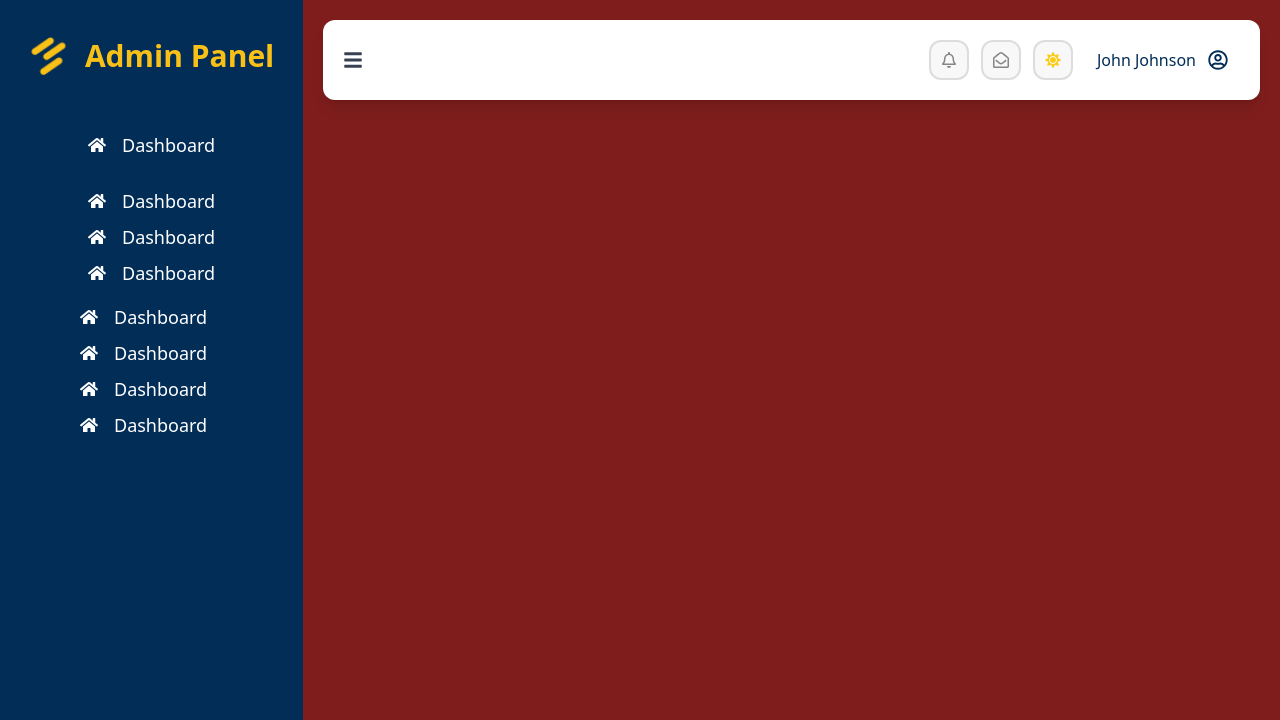
Repository: farrelmuhammad/redesign-bo
Page: /
These files come from the project's save history. The page is drawn as it stood at one moment and after the next save; the edit follows.
The browser window is 1280 px wide. The pictures show the whole page.
The project was rebuilt for these pictures with package versions that can differ from the ones it lists, and the page was loaded fresh each time. Also part of the build but not shown: src/App.css.

Above is the page before, as saved 2024-03-02 19:52:07.

### src/App.tsx
import React from 'react';
import logo from './logo.svg';
import './App.css';
import Navbar from './components/Navbar';
import Sidebar from './components/Sidebar';

function App() {
  return (
    <section className='bg-red-900 h-screen w-screen flex font-poppins text-white'>
      <Sidebar />
      <Navbar />
    </section>
  );
}

export default App;

### src/components/Navbar.tsx
import React from 'react'
import { FaBars, FaMoon, FaRegBell, FaRegEnvelopeOpen, FaRegUserCircle, FaSun } from "react-icons/fa";

const Navbar = () => {
    return (
        <nav className='bg-white h-20 w-full flex flex-row justify-between items-center px-5 m-5 rounded-xl shadow-lg'>
            <div className="flex flex-1 justify-start items-center">
                <button className='text-xl text-gray-700 hover:text-black'>
                    <FaBars />
                </button>
            </div>
            <div className="flex flex-1 flex-row gap-3 justify-end items-end">
                <button className='flex justify-center items-center h-10 w-10 text-[#868686] bg-[#F8F8F8] rounded-xl border-[2px] border-[#DDDDDD] hover:border-gray-500 hover:text-gray-500'>
                    <FaRegBell />
                </button>
                <button className='flex justify-center items-center h-10 w-10 text-[#868686] bg-[#F8F8F8] rounded-xl border-[2px] border-[#DDDDDD] hover:border-gray-500 hover:text-gray-500'>
                    <FaRegEnvelopeOpen />
                </button>
                <button className='flex justify-center items-center h-10 w-10 rounded-xl border-[2px] border-[#DDDDDD] bg-[#F8F8F8] text-yellow-400 hover:border-gray-500 hover:text-yellow-500'>
                    <FaSun />
                    {/* <FaMoon /> */}
                </button>
                <button className='flex flex-row justify-center items-center py-2 px-3 gap-3 text-[#022D57] hover:text-[#1e183a]'>
                    John Johnson <FaRegUserCircle className='text-xl' />
                </button>
            </div>
        </nav>
    )
}

export default Navbar

### src/components/Sidebar.tsx
import React from 'react'
import Logo from '../assets/images/Logo.png'
import { FaHome } from 'react-icons/fa'

const Sidebar = () => {
    return (
        <aside className='flex flex-col h-full w-1/4 justify-start items-center bg-[#022D57] py-5'>
            <div className="flex flex-row h-20 justify-start gap-4 items-center">
                <img className="h-10 w-10" src={Logo} alt="" />
                <h1 className='font-bold text-3xl text-[#F9C017]'>Admin Panel</h1>
            </div>
            <div className="flex flex-col h-full w-full justify-start gap-4 items-start py-5 px-20">
                <ul className='flex flex-col gap-2 w-full px-2 font-medium text-lg'>
                    <li className='w-full'>
                        <button className='flex flex-row justify-start w-full items-center gap-4 py-5 w-full hover:rounded-xl hover:bg-[#3996DC] hover:bg-opacity-[20%] hover:'>
                        <FaHome /> Dashboard
                        </button>
                    </li>
                    <li className='flex flex-row justify-start items-center gap-4'>
                        <FaHome /> Dashboard
                    </li>
                    <li className='flex flex-row justify-start items-center gap-4'>
                        <FaHome /> Dashboard
                    </li>
                    <li className='flex flex-row justify-start items-center gap-4'>
                        <FaHome /> Dashboard
                    </li>
                </ul>
                <ul className='flex flex-col gap-2 font-medium text-lg'>
                    <li className='flex flex-row justify-start items-center gap-4'>
                        <FaHome /> Dashboard
                    </li>
                    <li className='flex flex-row justify-start items-center gap-4'>
                        <FaHome /> Dashboard
                    </li>
                    <li className='flex flex-row justify-start items-center gap-4'>
                        <FaHome /> Dashboard
                    </li>
                    <li className='flex flex-row justify-start items-center gap-4'>
                        <FaHome /> Dashboard
                    </li>
                </ul>
            </div>
        </aside>
    )
}

export default Sidebar

Loaded but not shown: public/index.html (common file); src/index.tsx (common file); src/index.css (common file); src/reportWebVitals.ts (common file); tailwind.config.js (common file)

After the next save:
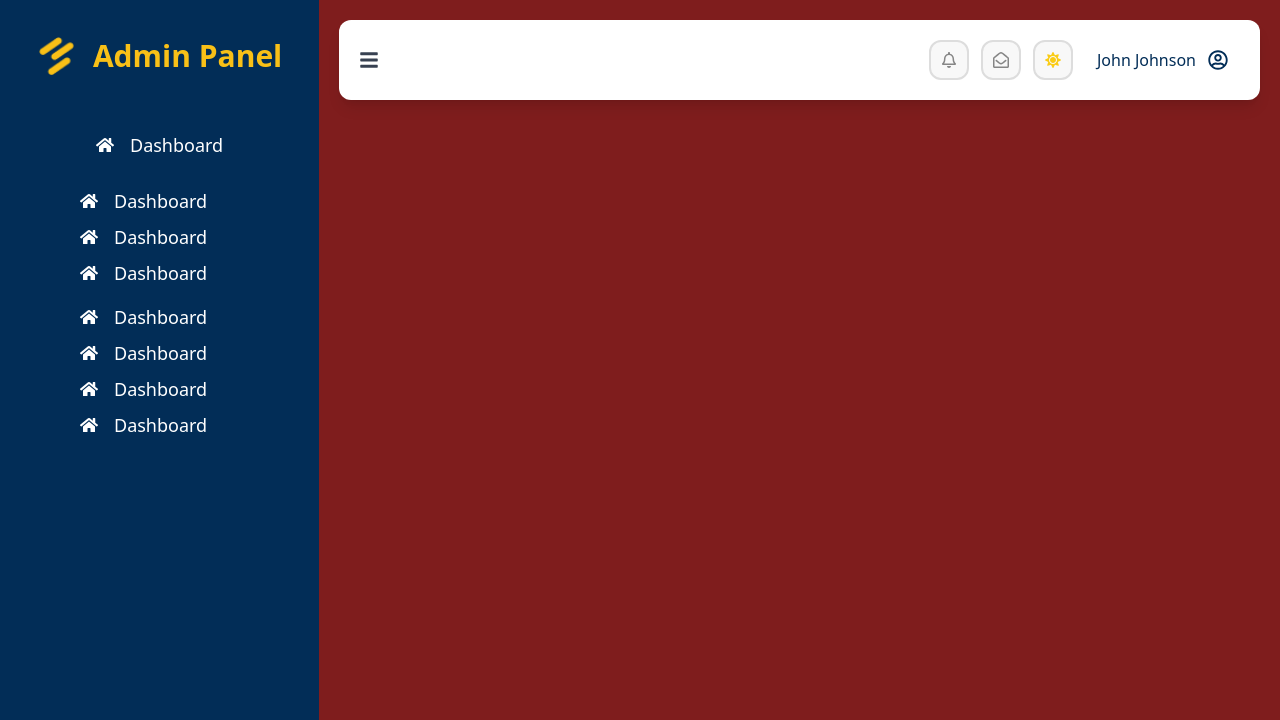
Saved 19 s later.
--- a/src/components/Sidebar.tsx
+++ b/src/components/Sidebar.tsx
@@ -10,9 +10,9 @@ const Sidebar = () => {
                 <h1 className='font-bold text-3xl text-[#F9C017]'>Admin Panel</h1>
             </div>
             <div className="flex flex-col h-full w-full justify-start gap-4 items-start py-5 px-20">
-                <ul className='flex flex-col gap-2 w-full px-2 font-medium text-lg'>
+                <ul className='flex flex-col gap-2 w-full font-medium text-lg'>
                     <li className='w-full'>
-                        <button className='flex flex-row justify-start w-full items-center gap-4 py-5 w-full hover:rounded-xl hover:bg-[#3996DC] hover:bg-opacity-[20%] hover:'>
+                        <button className='flex flex-row justify-start items-center gap-4 py-5 px-4 hover:rounded-xl hover:bg-[#3996DC] hover:bg-opacity-[20%] hover:'>
                         <FaHome /> Dashboard
                         </button>
                     </li>
